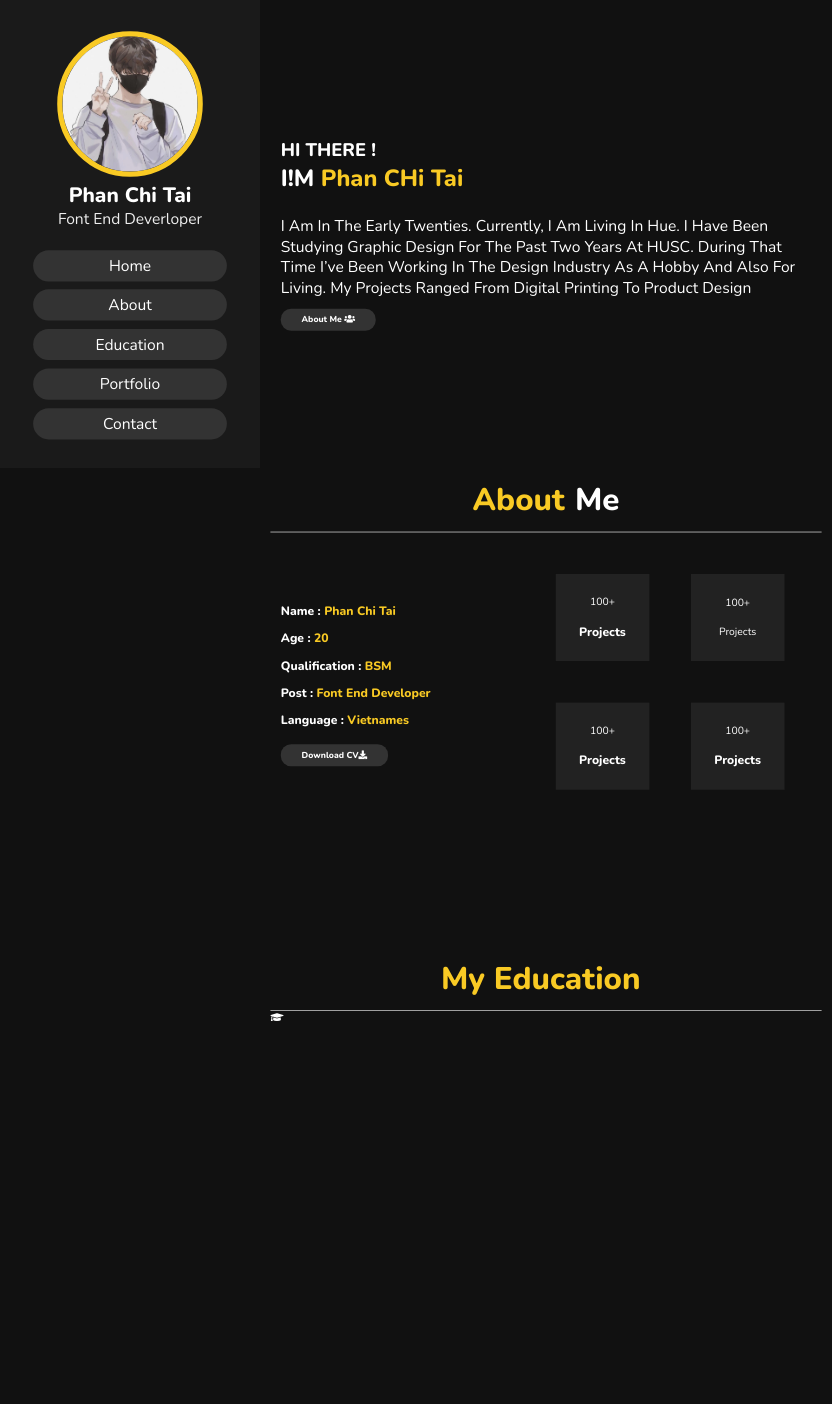
Repository: PCTai/My-profile
Page: index.html
An editor plug-in stored every save of this project. The page is shown before and after the next save, followed by the edit.
The browser window is 1280 px wide. The pictures show the whole page, at 65% of full size.

Above is the page before, as saved 2022-01-12 08:14:40.

After the next save:
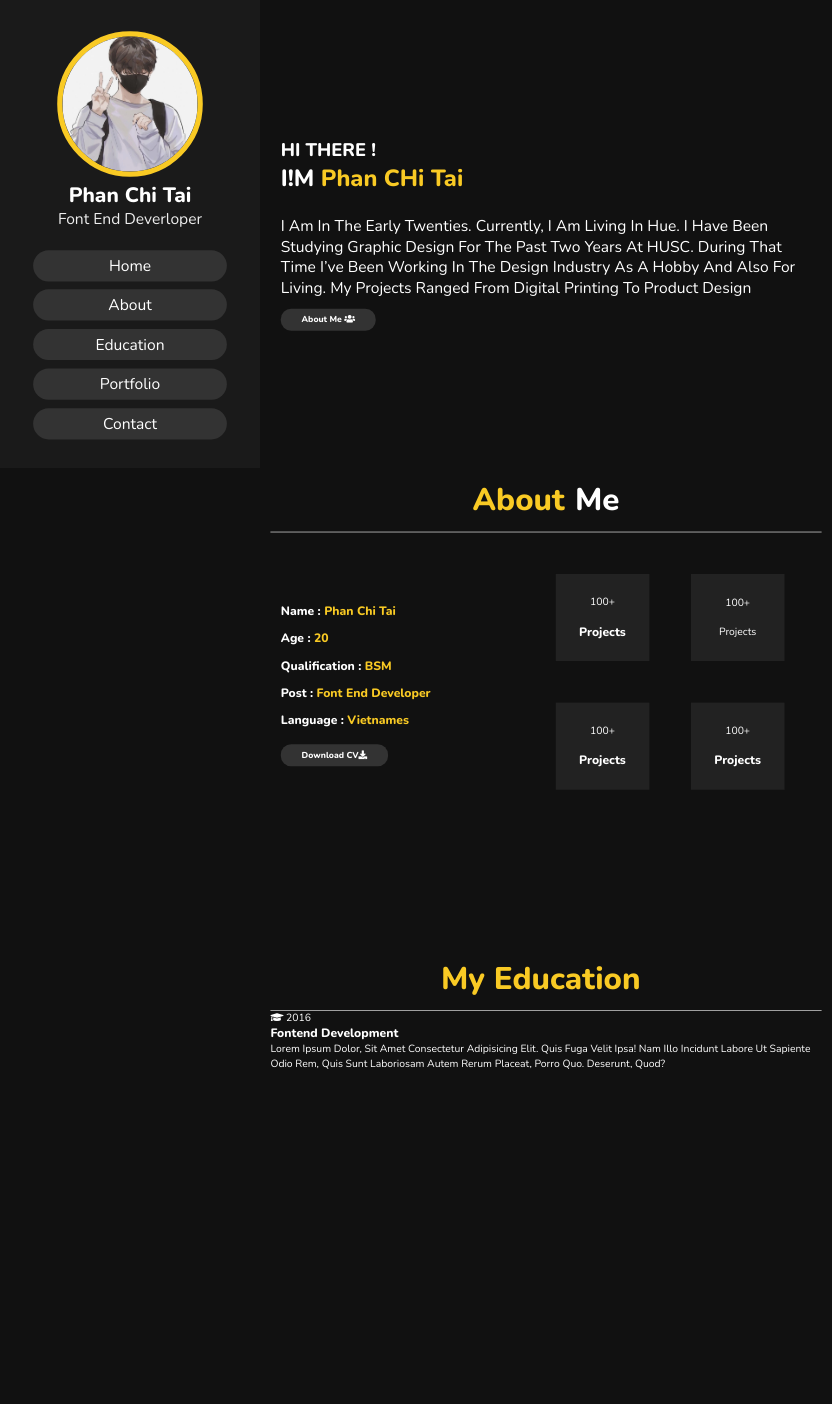
Saved 2 min 54 s later.
--- a/index.html
+++ b/index.html
@@ -90,6 +90,9 @@
         <div class="container-box">
             <div class="box-e">
                 <i class="fas fa-graduation-cap"></i>
+                <span>2016</span>
+                <h3>Fontend development</h3>
+                <p>Lorem ipsum dolor, sit amet consectetur adipisicing elit. Quis fuga velit ipsa! Nam illo incidunt labore ut sapiente odio rem, quis sunt laboriosam autem rerum placeat, porro quo. Deserunt, quod?</p>
             </div>
         </div>
     </section>
